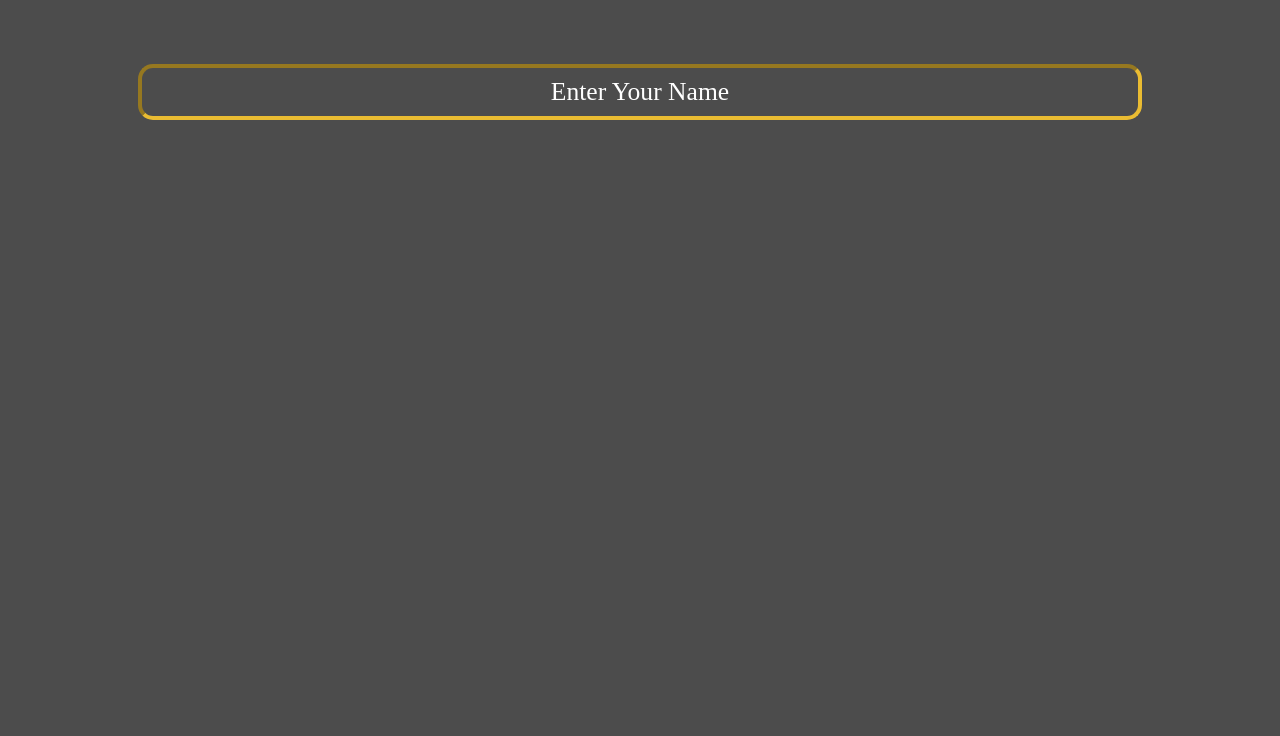
Repository: Haneef-Shaik/Greetings
Page: /
These files come from the project's save history. The page is drawn as it stood at one moment and after the next save; the edit follows.
The browser window is 1280 px wide. The pictures show the whole page.
The project was rebuilt for these pictures with package versions that can differ from the ones it lists, and the page was loaded fresh each time. The framework's server and built-in components were replaced by stand-ins that run in the browser. Also part of the build but not shown: next.config.js, styles/card.module.scss, components/card.js, styles/socialShare.module.scss, components/socialShare.js.

Above is the page before, as saved 2021-12-01 20:23:02.

After the next save:
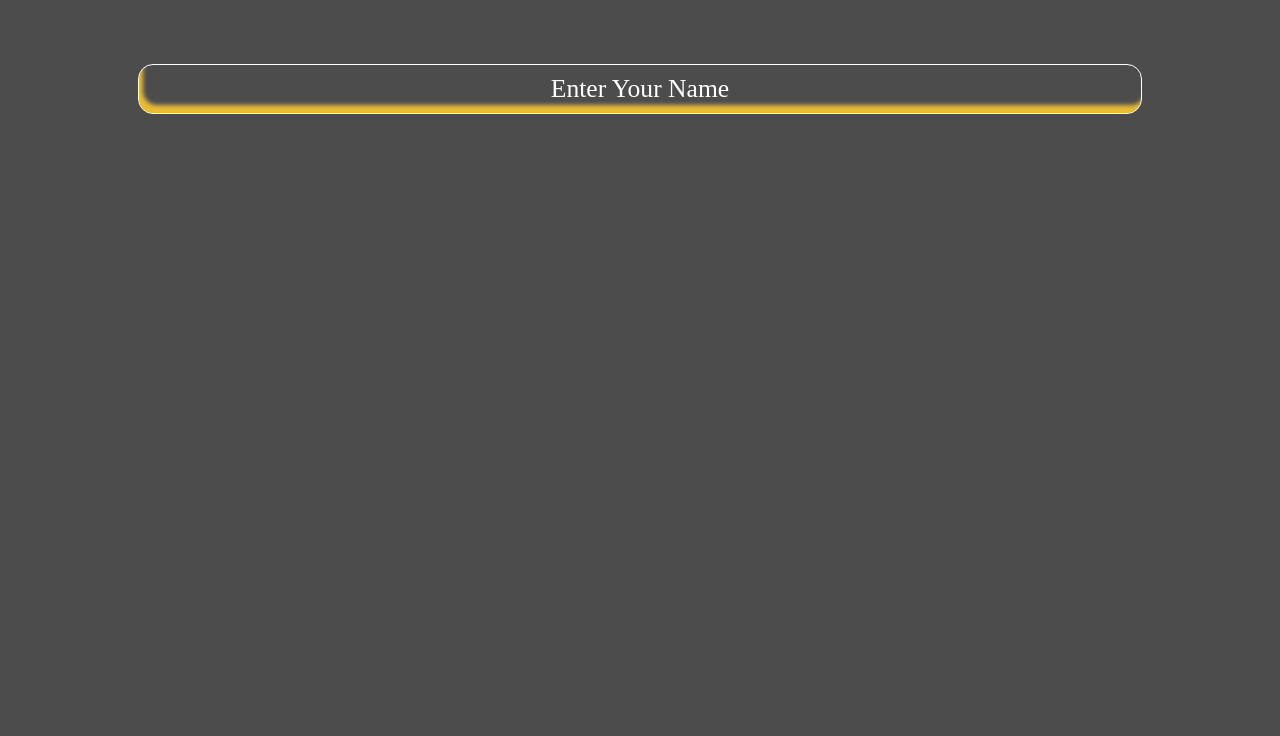
Saved 9 s later.
--- a/styles/form.module.scss
+++ b/styles/form.module.scss
@@ -8,10 +8,10 @@
         font-family: 'Times New Roman', Times, serif;
         font-size:1.6rem;
         border:none;
-        border: 1px solid;
+        border: 1px solid #fff;
         background-color:transparent;
         border-radius:15px;
-        border: inset 4px #EABC32;
+        box-shadow: inset 4px -8px 4px #EABC32;
         line-height:3rem;
         &::placeholder{
             color:#fff;
